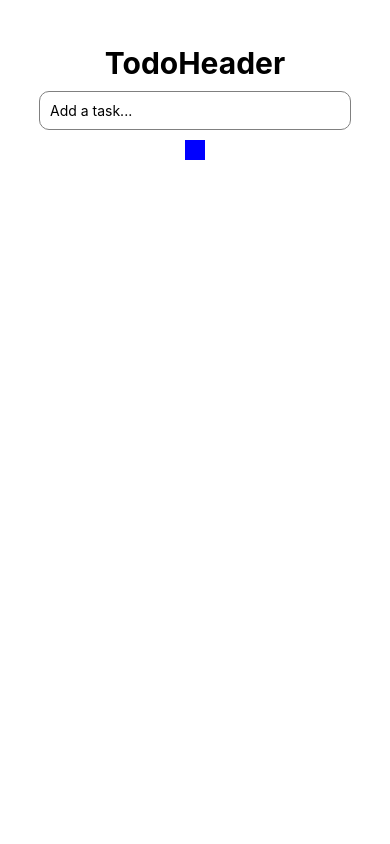
Repository: itadori17/Redux-Todo
Screen: /
An editor plug-in stored every save of this project. The screen is shown before and after the next save, followed by the edit.
The app was drawn by React Native's web renderer in a window 390 px wide. The project was rebuilt for these pictures with package versions that can differ from the ones it lists, and the page was loaded fresh each time.

Above is the screen before, as saved 2022-08-16 15:59:41.

### App.js
import { StatusBar } from 'expo-status-bar';
import { StyleSheet, Text, View, SafeAreaView } from 'react-native';

//importing Todo
import TodoHeader from './src/components/TodoHeader';

export default function App() {

  const RootApp = () => {
    return (
      <SafeAreaView>
        <TodoHeader/>
      </SafeAreaView>
    );
  };

  return (
    <View>
      <RootApp/>
    </View>
  );
}

### src/components/TodoHeader.js
import { StyleSheet, Text, TextInput, TouchableOpacity, View } from 'react-native';
import React, {useState} from 'react';

const TodoHeader = () => {

    const [todo, setTodo] = useState('');

    return (
        <View>
            <Text style={{
                fontSize: 30,
                fontWeight: 'bold',
                textAlign: 'center',
                marginTop: 45,
            }}
            >
             TodoHeader
                </Text>
                <View
                    style={{
                        justifyContent: 'center',
                        alignItems: 'center',
                    }}
                >
                <TextInput
                    style={{
                        borderColor: 'grey',
                        borderWidth: 1,
                        padding: 10,
                        margin: 10,
                        width: '80%',
                        borderRadius: 10,
                    }}
                    placeholder="Add a task..."
                    onChangeText={(text) => setTodo(text)}
                    value={todo}
                />
                <TouchableOpacity
                style={{
                    backgroundColor: 'blue',
                    padding: 10,

                }}
                >

                </TouchableOpacity>
                </View>
        </View>
    );
};

export default TodoHeader;

const styles = StyleSheet.create({});

After the next save:
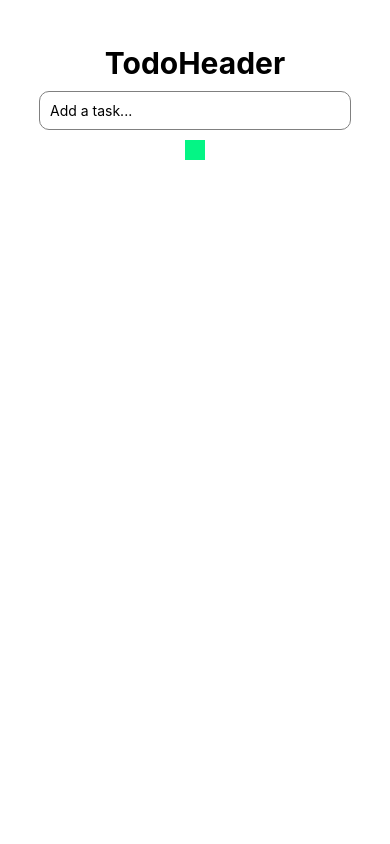
Saved 83 s later.
--- a/src/components/TodoHeader.js
+++ b/src/components/TodoHeader.js
@@ -37,7 +37,7 @@ const TodoHeader = () => {
                 />
                 <TouchableOpacity
                 style={{
-                    backgroundColor: 'blue',
+                    backgroundColor: '#04F585',
                     padding: 10,
 
                 }}
